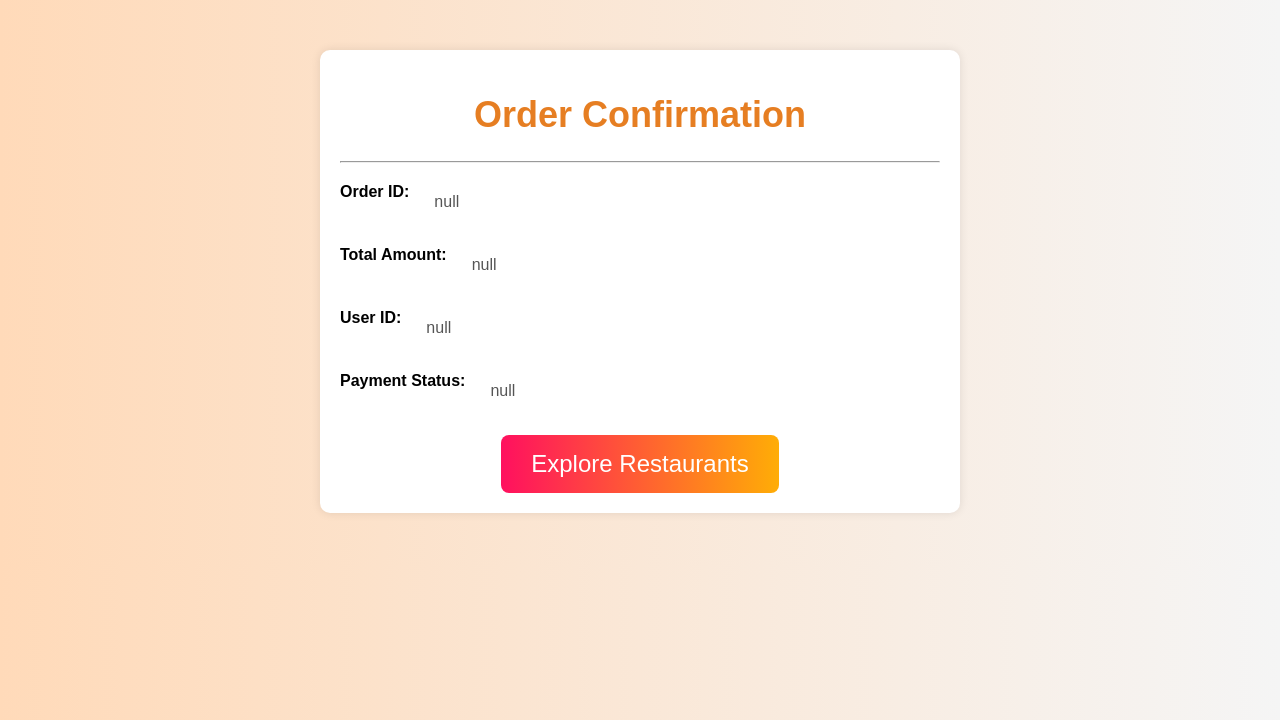
Repository: SWATHIBHUMA/FoodDelivaryApp
Page: http://localhost/FoodDelivaryApp/orderConfirmation.jsp
These files come from the project's save history. The page is drawn as it stood at one moment and after the next save; the edit follows.
The browser window is 1280 px wide. The pictures show the whole page.
The page is served by Tomcat 9.

Above is the page before, as saved 2024-01-16 07:31:52.

After the next save:
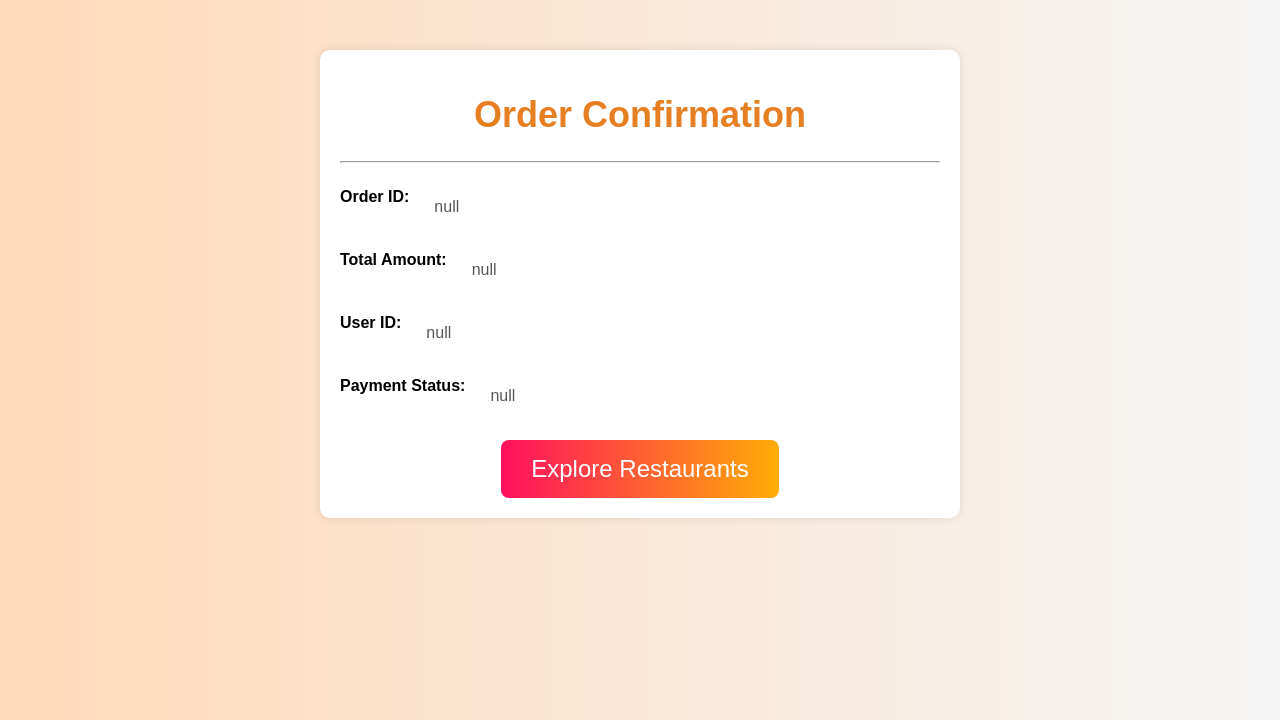
Saved 9 s later.
--- a/FoodDelivaryApp/src/main/webapp/orderConfirmation.jsp
+++ b/FoodDelivaryApp/src/main/webapp/orderConfirmation.jsp
@@ -73,7 +73,7 @@
         .form-group {
             display: flex;
             flex-direction: row;
-            margin-top: 20px;
+            margin-top: 25px;
             margin-bottom: 25px;
             gap: 25px;
         }
